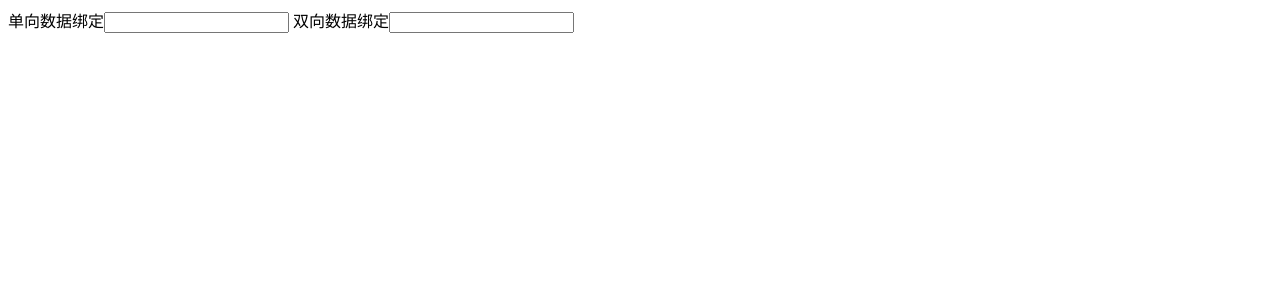
Repository: ldqml/project
Page: vue/vuehtml/shujubangding.html
An editor plug-in stored every save of this project. The page is shown before and after the next save, followed by the edit.
The browser window is 1280 px wide. The pictures show the whole page.

Above is the page before, as saved 2022-07-29 11:27:43.

After the next save:
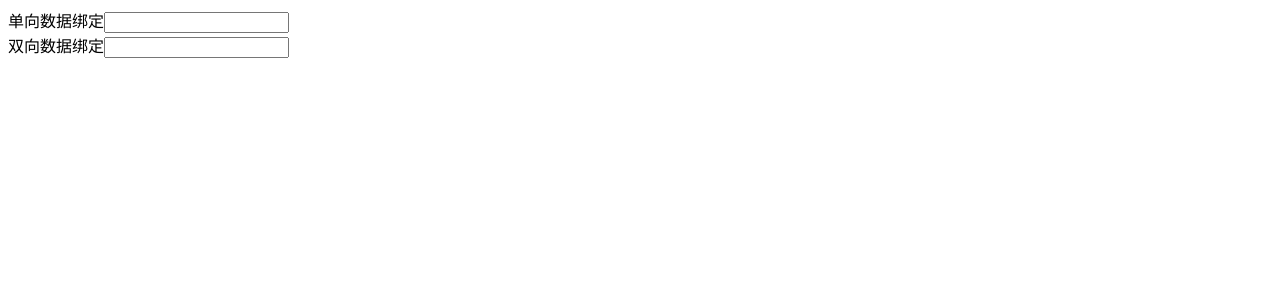
Saved 12 s later.
--- a/vue/vuehtml/shujubangding.html
+++ b/vue/vuehtml/shujubangding.html
@@ -9,7 +9,7 @@
 </head>
 <body>
     <div id="root">
-        单向数据绑定<input type="text" :value="name">
+        单向数据绑定<input type="text" :value="name"><br>
         双向数据绑定<input type="text" v-model="name">
     </div>
     <script>
